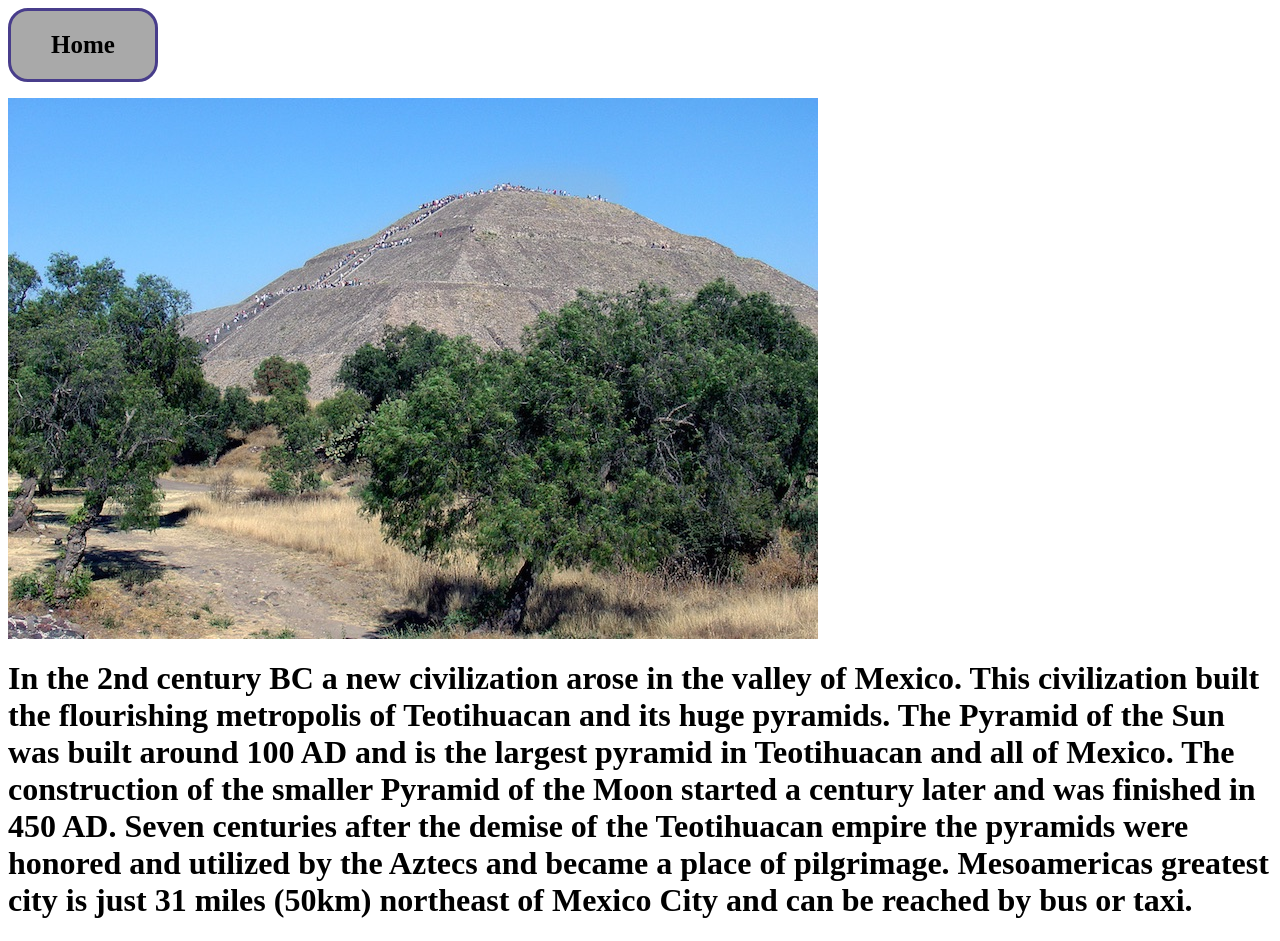
Repository: DamianKryzia/DamianKryzia.github.io
Page: Damian's Website/teotihuacan.html
The author's editor kept a record of every edit. The page is drawn from the files as they stood at one moment, then again after the next edit.
The browser window is 1280 px wide. The pictures show the whole page.

Above is the page before.

After the next edit:
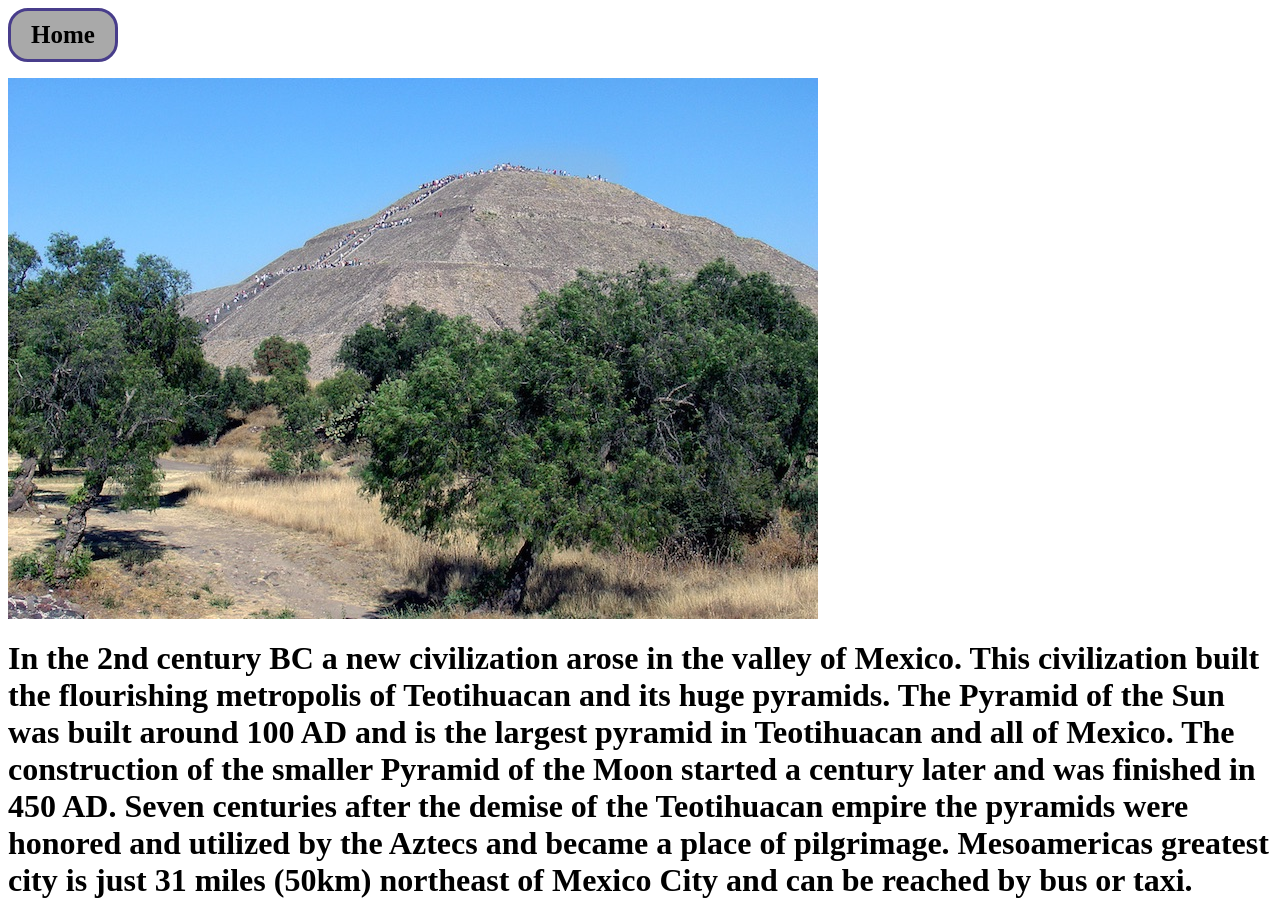
The edit:
--- a/Damian's Website/teotihuacan.html
+++ b/Damian's Website/teotihuacan.html
@@ -11,7 +11,7 @@
     <style>
         .home{
             margin-left:0px;
-            padding:20px 40px 20px 40px;
+            padding:10px 20px 10px 20px;
             font-family:"Times New Roman";
             font-weight:bold;
             font-size:25px;
